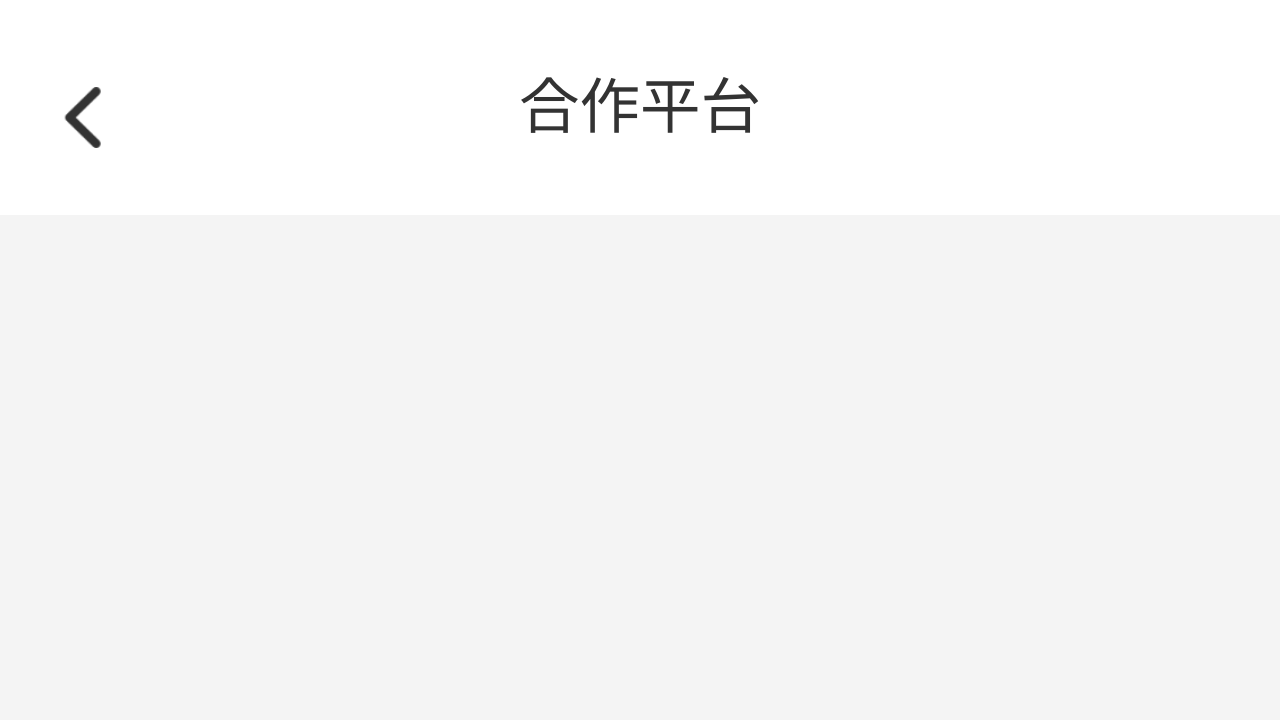
Repository: GgoodBoy/js-object
Page: jquery懒加载/platObj/platForm.html
These files come from the project's save history. The page is drawn as it stood at one moment and after the next save; the edit follows.
The browser window is 1280 px wide. The pictures show the whole page.
An inner scrolling area shows only its first screen. Some web libraries are served in a nearby version.

Above is the page before, as saved 2019-10-15 15:34:12.

After the next save:
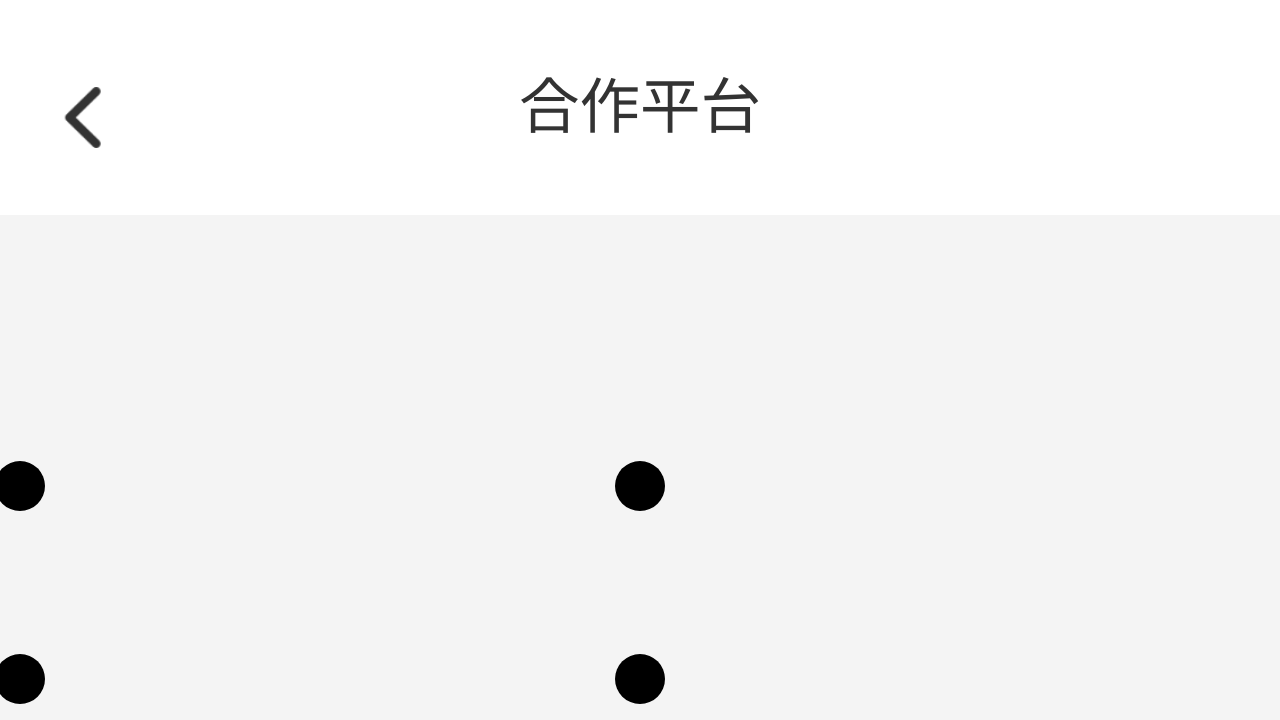
Saved 35 s later.
--- a/jquery懒加载/platObj/platForm.html
+++ b/jquery懒加载/platObj/platForm.html
@@ -102,7 +102,8 @@
 }
 #platFormId .platList ul li{
     float: left;
-
+    width: 45%;
+    margin-left: 5%;
 }
 </style>
 </html>

After the 2 saves that followed:
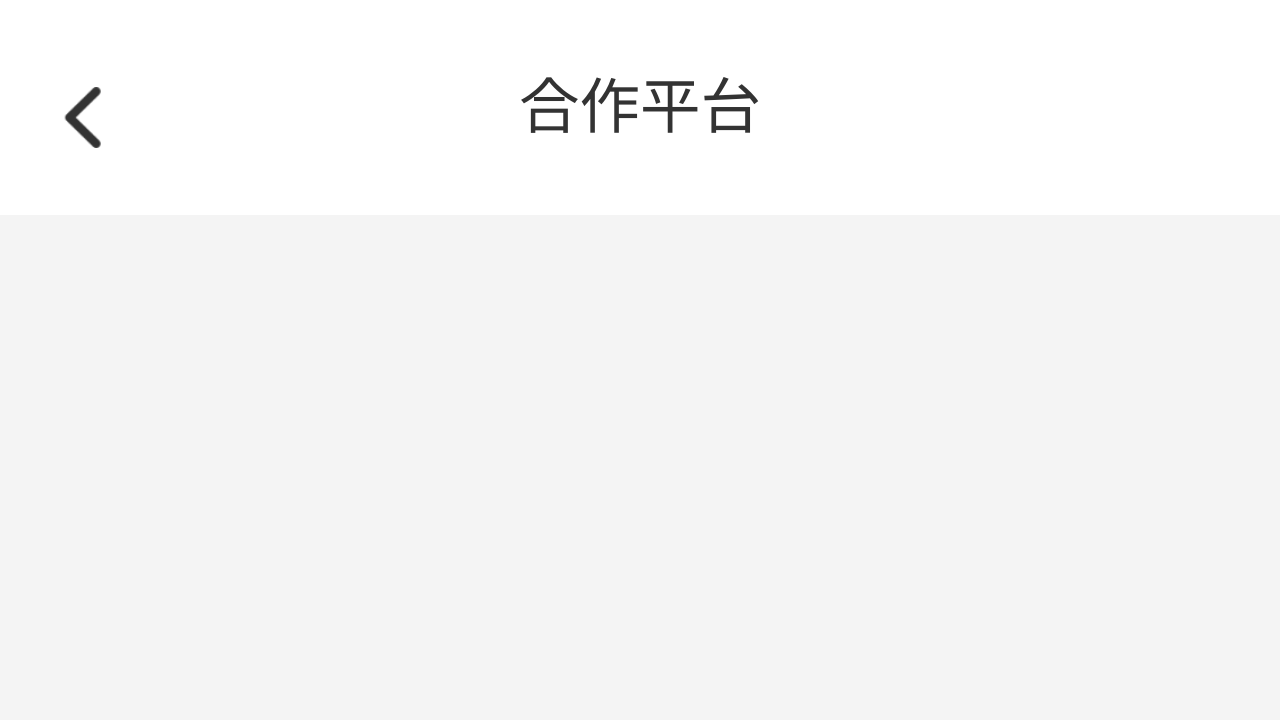
The 2 saves are shown as one change because 1 left the picture as it was.
The last was saved 40 s later.
--- a/jquery懒加载/platObj/platForm.html
+++ b/jquery懒加载/platObj/platForm.html
@@ -104,6 +104,7 @@
     float: left;
     width: 45%;
     margin-left: 5%;
+    list-style: none;
 }
 </style>
 </html>
